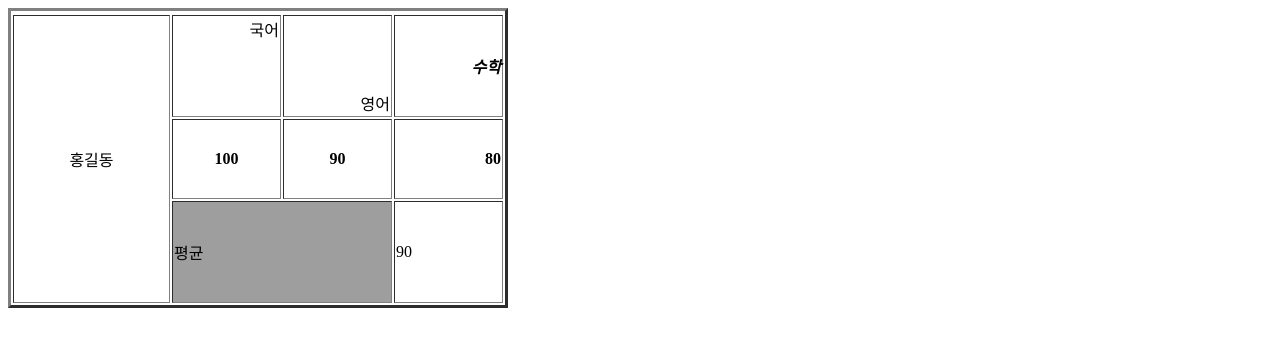
Repository: bjKim2/JSP
Page: HTML/src/main/webapp/Lec03.html
An editor plug-in stored every save of this project. The page is shown before and after the next save, followed by the edit.
The browser window is 1280 px wide. The pictures show the whole page.
Pictures or frames that could not be fetched are drawn as grey boxes.

Above is the page before, as saved 2022-03-15 02:34:04.

### HTML/src/main/webapp/Lec03.html
<!DOCTYPE html>
<html>
	<head>
		<meta charset="UTF-8">
		<title>Insert title here</title>
	</head>
	<body>
		<table border= "3" width = "500" height = "300">
			<tr>

			</tr>

			<tr align = "right">
				<td rowspan = "3" align = "center"> 홍길동 </td>
				<td valign = "top">국어</td>
				<td valign = "bottom">영어</td>
				<td valign = "middle"><i><b>수학</b></i></td>
			</tr>
			<tr>
				<th >100</th>
				<th  align = "center">90</th>
				<th align = "right">80</th>

			</tr>
			<tr>

				<td bgcolor = 'e5ffdd' background = "https://img2.sbs.co.kr/img/sbs_cms/WE/2020/07/09/WE64849959_ori.jpg" colspan = "2">평균</td>
				<td>90</td>


			</tr>


		</table>
	</body>
</html>

After the next save:
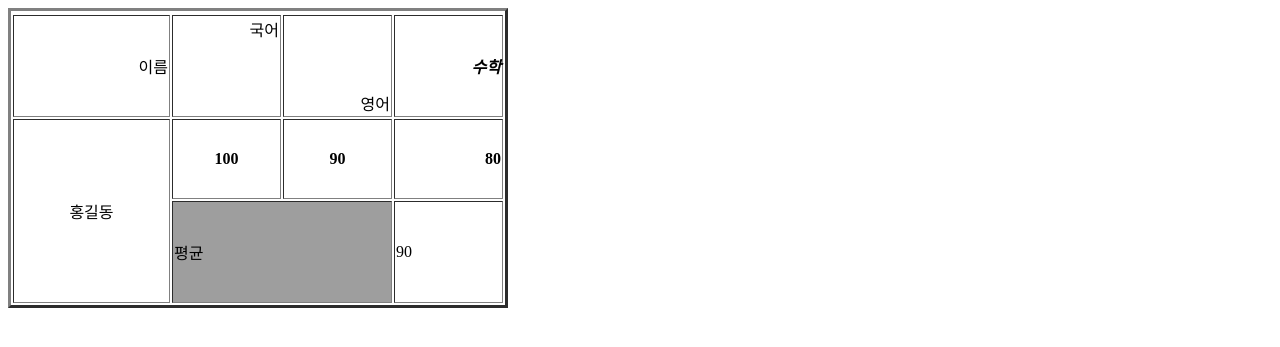
Saved 64 s later.
--- a/HTML/src/main/webapp/Lec03.html
+++ b/HTML/src/main/webapp/Lec03.html
@@ -11,12 +11,13 @@
 			</tr>
 
 			<tr align = "right">
-				<td rowspan = "3" align = "center"> 홍길동 </td>
+				<td>이름</td>
 				<td valign = "top">국어</td>
 				<td valign = "bottom">영어</td>
 				<td valign = "middle"><i><b>수학</b></i></td>
 			</tr>
 			<tr>
+				<td rowspan = "2" align = "center"> 홍길동 </td>
 				<th >100</th>
 				<th  align = "center">90</th>
 				<th align = "right">80</th>
